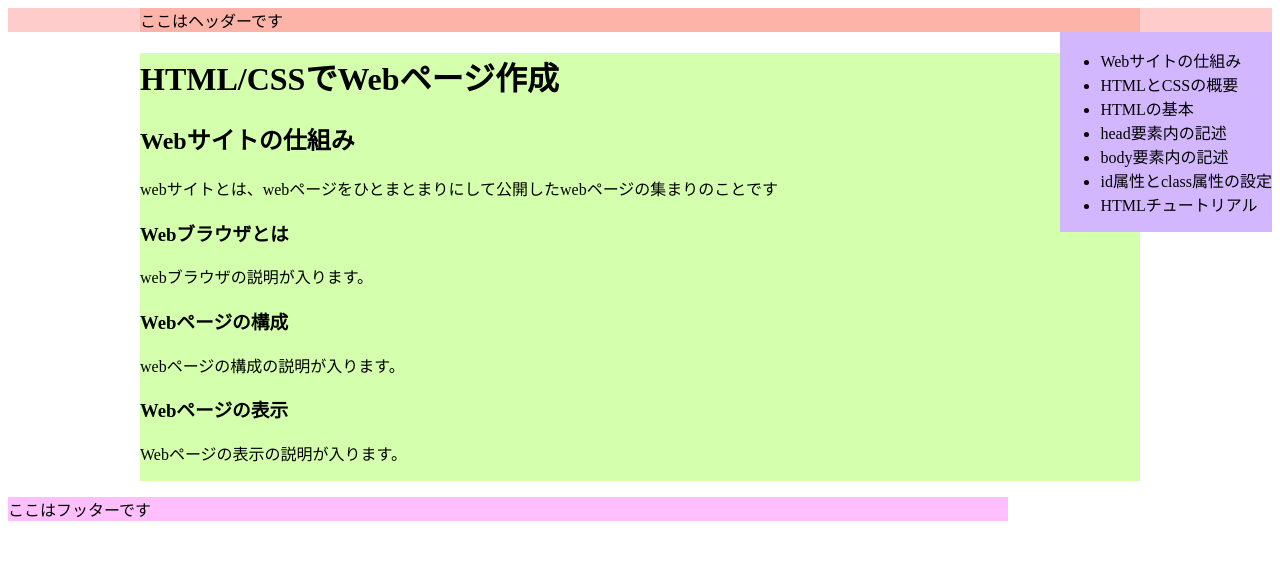
Repository: tak-hs/first-git
Page: kadai-html.html
The author's editor kept a record of every edit. The page is drawn from the files as they stood at one moment, then again after the next edit.
The browser window is 1280 px wide. The pictures show the whole page.

Above is the page before.

### kadai-html.html
<!DOCTYPE html>
<html lang="ja">
    <head>
        <meta charset="utf-8">
        <title>HTML/CSSでWebページ作成</title>
        <link rel="stylesheet" href="./kadai-css.css">
    </head>
    <body>
        <header>
            <p>ここはヘッダーです</p>
            <nav id="global_navi">
                <ul>
                    <li>Webサイトの仕組み</li>
                    <li>HTMLとCSSの概要</li>
                    <li>HTMLの基本</li>
                    <li>head要素内の記述</li>
                    <li>body要素内の記述</li>
                    <li>id属性とclass属性の設定</li>
                    <li>HTMLチュートリアル</li>
                </ul>
        </header>
        <div id="wrapper"  class="clearfix">
            <div id="main">
              <h1>HTML/CSSでWebページ作成</h1>
              <h2>Webサイトの仕組み</h2>
              <p>webサイトとは、webページをひとまとまりにして公開したwebページの集まりのことです</p>

              <nav id="menu">
                <h3>Webブラウザとは</h3>
                <p>webブラウザの説明が入ります。</p>

                <h3>Webページの構成</h3>
                <p>webページの構成の説明が入ります。</p>

                <h3>Webページの表示</h3>
                <p>Webページの表示の説明が入ります。</p>
              </nav>

            </div>
        </div>

        <footer>
            <p>ここはフッターです</p>
        </footer>

    </body>
</html>

### kadai-css.css
@charset "UTF-8";

header{
    background-color:#ffcccc;
}

header p{
    width:1000px;
    margin:0 auto;
    background-color: #fcb4a9;
}

#global_navi{
    float:right;
    margin:0 auto;
    background-color:#d2b7ff;
}

#wrapper{
    width:1000px;
    margin:0 auto;
    margin-bottom:0;
    background-color: #d4ffad;
}

.clearfix::after {
    content: '';
    display: block;
    clear: both;
}

footer{
    width:1000px;
    margin-top:0;
    background-color: #ffbffc;
}

After the next edit:
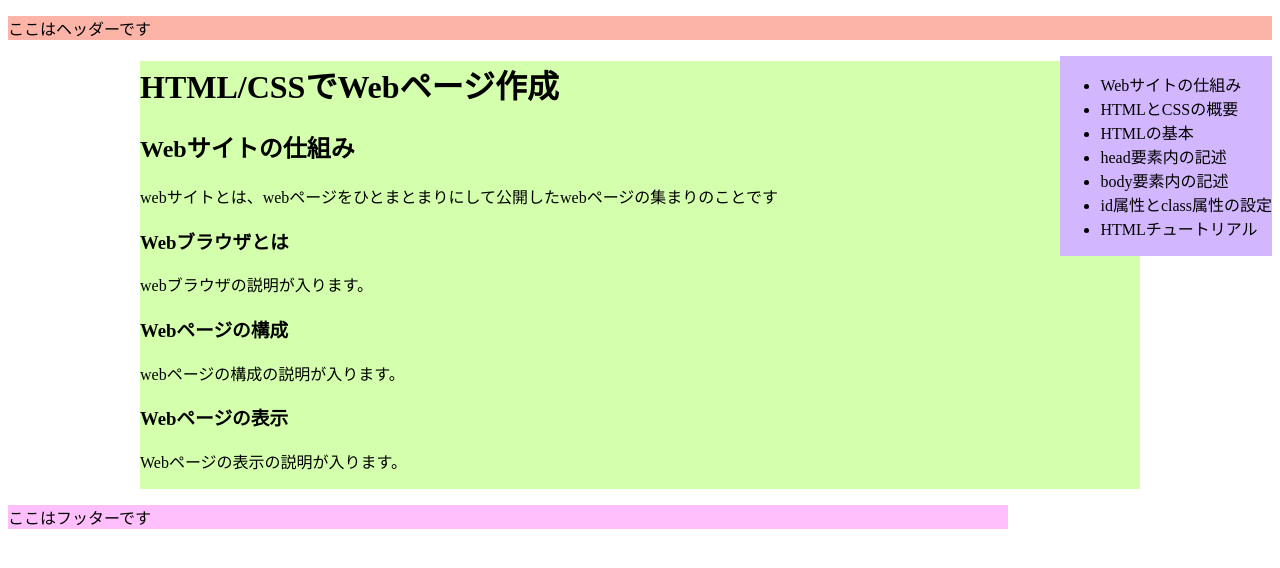
The edit:
--- a/kadai-css.css
+++ b/kadai-css.css
@@ -5,8 +5,7 @@
 }
 
 header p{
-    width:1000px;
-    margin:0 auto;
+
     background-color: #fcb4a9;
 }
 
